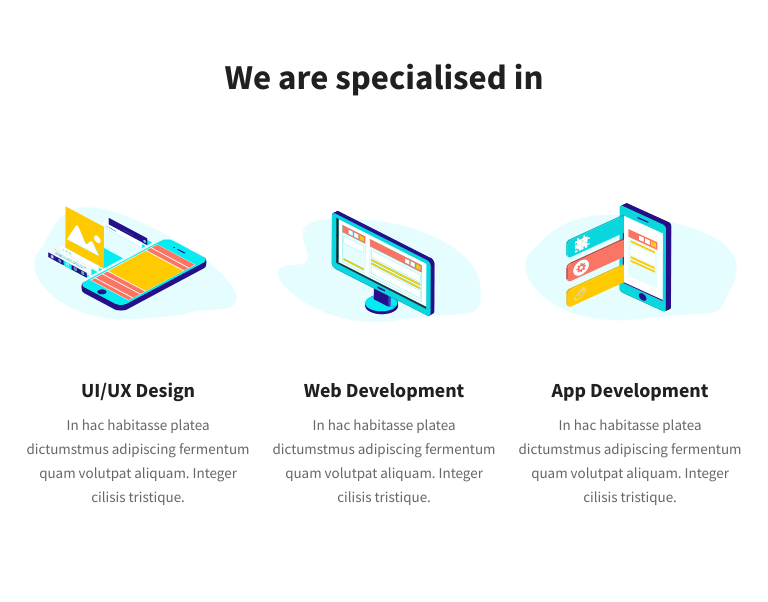
Repository: advert31337/marafon_from0to1_MartaUP
Page: index.html
An editor plug-in stored every save of this project. The page is shown before and after the next save, followed by the edit.
The browser window is 768 px wide. The pictures show the part of the page from y = 793 to 1395 px (the page is 1395 px tall before and 1307 px after).

Above is the page before, as saved 2020-03-08 15:28:37.

After the next save:
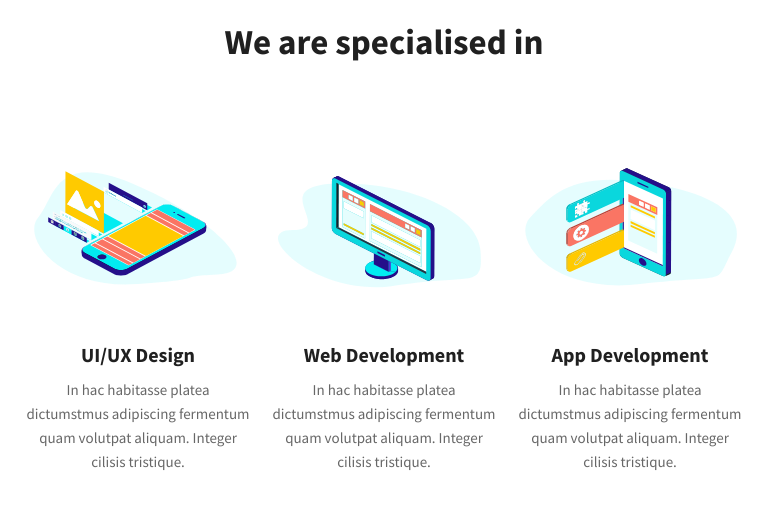
Saved 60 s later.
--- a/css/style.css
+++ b/css/style.css
@@ -363,7 +363,9 @@ a {
 }
 
 @media (max-width: 775px) {
-
+    .specialised{
+        padding: 20px 0 40px;
+    }
 }
 
 @media (max-width: 570px) {
